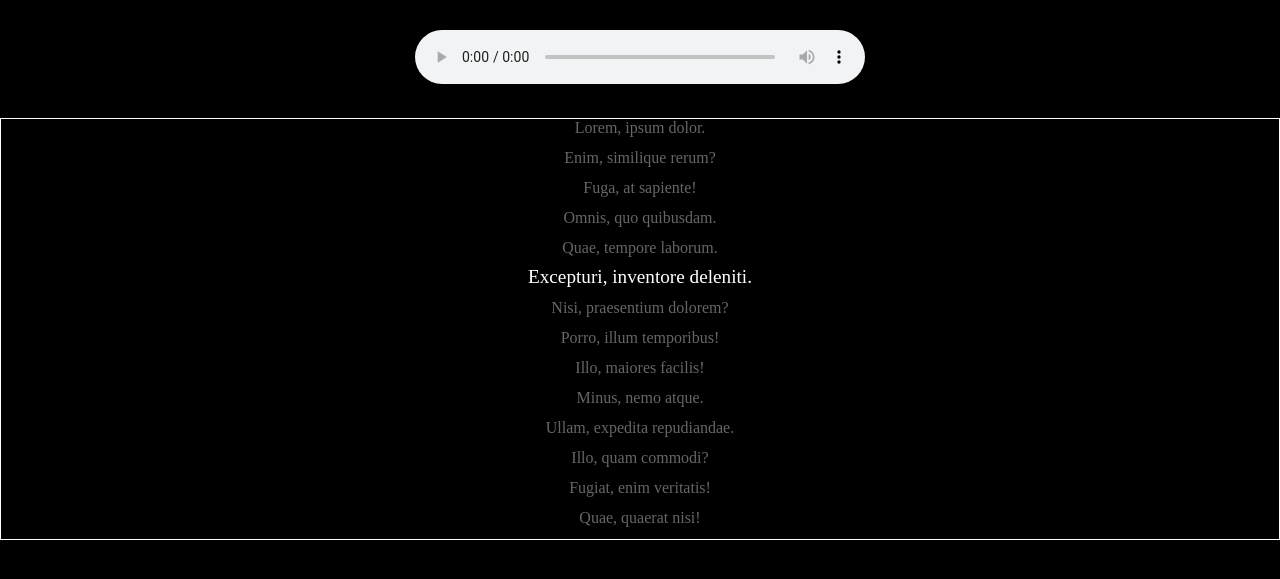
Repository: zhaojunyan9528/music-scroll
Page: index.html
An editor plug-in stored every save of this project. The page is shown before and after a run of saves, followed by the edit.
The browser window is 1280 px wide. The pictures show the whole page.

Above is the page before, as saved 2023-11-23 13:47:57.

### index.html
<!DOCTYPE html>
<html lang="en">
<head>
  <meta charset="UTF-8">
  <meta name="viewport" content="width=device-width, initial-scale=1.0">
  <title>Music</title>
  <link rel="stylesheet" href="./css/index.css">
</head>
<body>
  <audio src="./assets/music.mp3" controls></audio>
  <div class="container">
    <ul class="lrc-list">
      <li>Lorem, ipsum dolor.</li>
      <li>Enim, similique rerum?</li>
      <li>Fuga, at sapiente!</li>
      <li>Omnis, quo quibusdam.</li>
      <li>Quae, tempore laborum.</li>
      <li class="active">Excepturi, inventore deleniti.</li>
      <li>Nisi, praesentium dolorem?</li>
      <li>Porro, illum temporibus!</li>
      <li>Illo, maiores facilis!</li>
      <li>Minus, nemo atque.</li>
      <li>Ullam, expedita repudiandae.</li>
      <li>Illo, quam commodi?</li>
      <li>Fugiat, enim veritatis!</li>
      <li>Quae, quaerat nisi!</li>
      <li>At, enim eos!</li>
      <li>Consectetur, pariatur possimus?</li>
      <li>Provident, eaque eveniet.</li>
      <li>Odit, nihil explicabo?</li>
      <li>Magnam, mollitia consequatur?</li>
      <li>Mollitia, blanditiis labore.</li>
      <li>Consequatur, laborum nemo!</li>
      <li>Consectetur, facilis. Labore.</li>
      <li>Eos, aliquid nesciunt?</li>
      <li>Iusto, cumque rem.</li>
      <li>Cumque, sit velit?</li>
      <li>Labore, error molestias?</li>
      <li>Saepe, nostrum quas.</li>
      <li>Quod, voluptate natus!</li>
      <li>Blanditiis, molestias voluptatibus!</li>
      <li>Temporibus, dicta aut!</li>
    </ul>
  </div>
</body>
</html>

### css/index.css
* {
  margin: 0;
  padding: 0;
}
body {
  background-color: black;
  color: #666;
  text-align: center;
}
audio {
  width: 450px;
  margin: 30px 0;
}
.container {
  height: 420px;
  overflow: hidden;
  border: 1px solid white;
}
.lrc-list {
  transition: 0.2s;
  /* 只针对数值类属性有效 */
}
li {
  list-style: none;
  height: 30px;
  line-height: 30p;
  transition: 0.2s;
}
li.active {
  color: white;
  transform: scale(1.2);
}

After the next 2 saves:
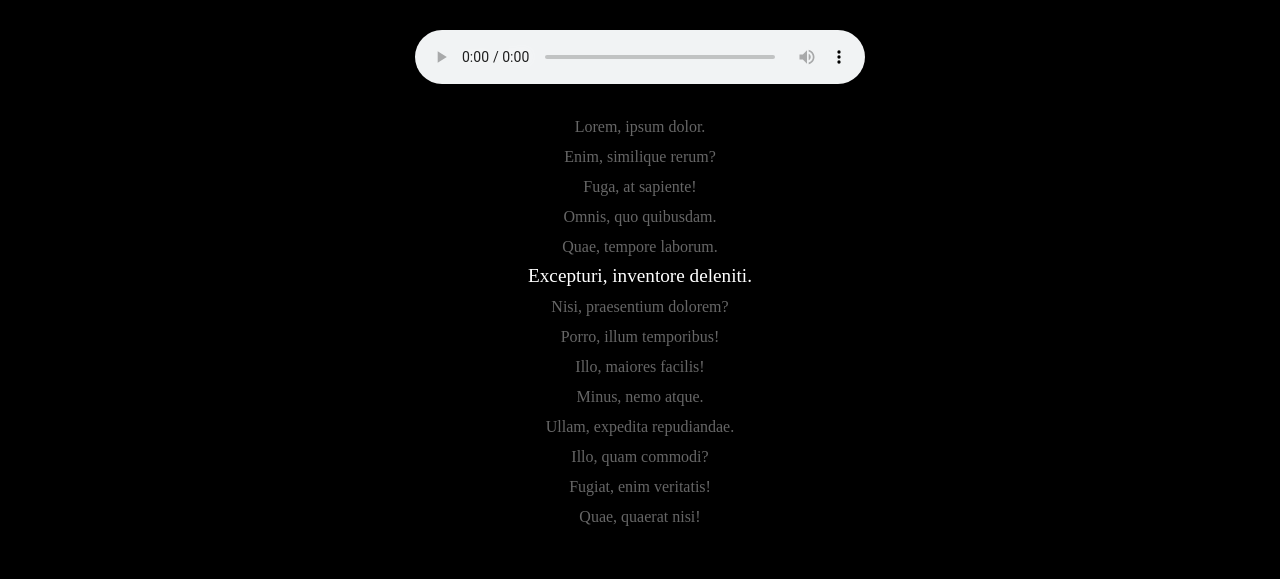
The 2 saves are shown as one change because they came seconds apart.
The last was saved 55 s later.
--- a/css/index.css
+++ b/css/index.css
@@ -14,10 +14,10 @@
 .container {
   height: 420px;
   overflow: hidden;
-  border: 1px solid white;
 }
 .lrc-list {
   transition: 0.2s;
+  /* 歌词向上滚动过渡 */
   /* 只针对数值类属性有效 */
 }
 li {
@@ -25,6 +25,7 @@
   height: 30px;
   line-height: 30p;
   transition: 0.2s;
+  /* active过渡 */
 }
 li.active {
   color: white;
